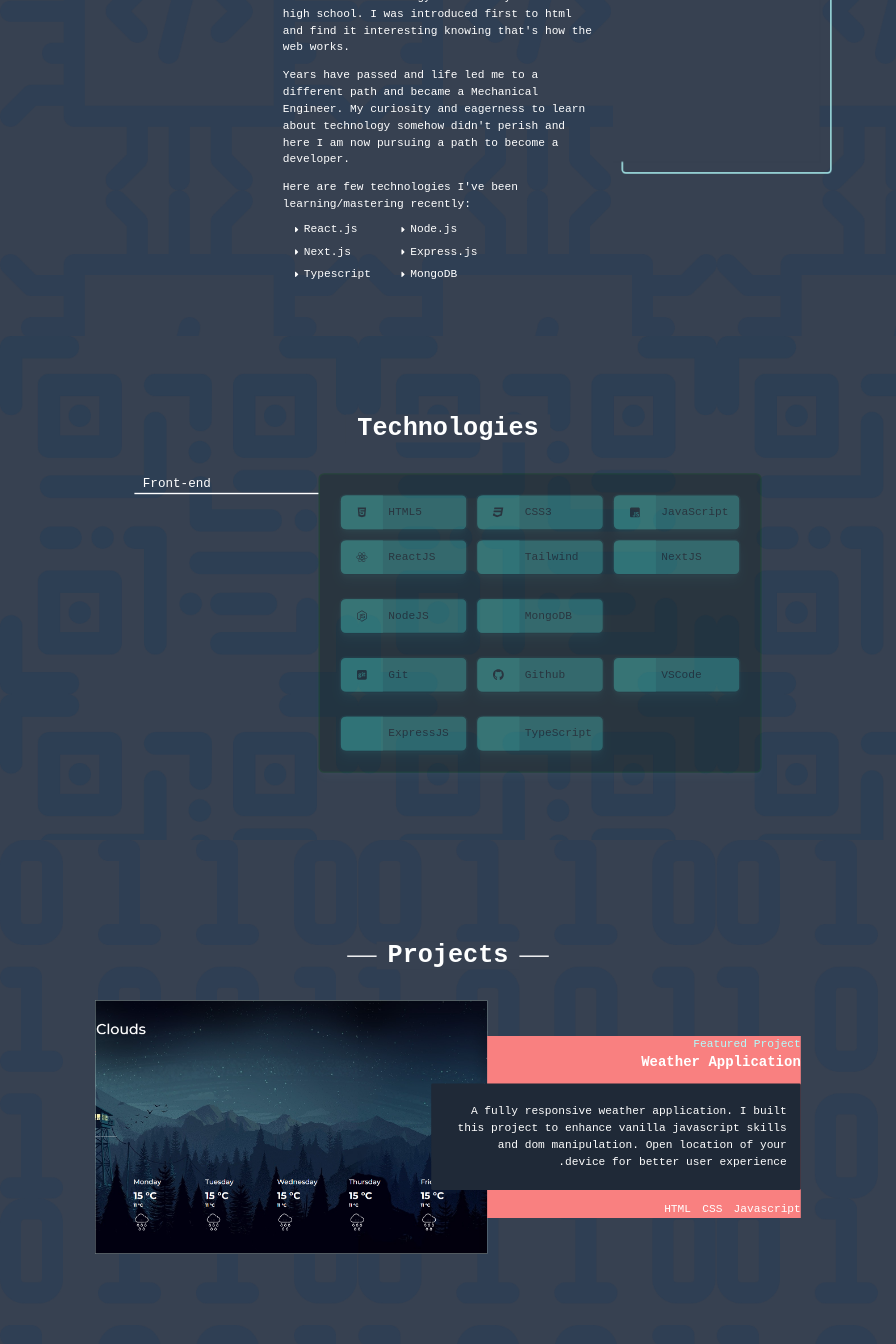
Repository: riandev25/nextjs-portfolio
Page: /
An editor plug-in stored every save of this project. The page is shown before and after the next save, followed by the edit.
The browser window is 1280 px wide. The pictures show the part of the page from y = 960 to 2880 px (the page is 2880 px tall), at 70% of full size.
Backgrounds fixed to the window are drawn as part of the page. The project was rebuilt for these pictures with package versions that can differ from the ones it lists, and the page was loaded fresh each time. The framework's server and built-in components were replaced by stand-ins that run in the browser. Also part of the build but not shown: next.config.js, components/Home/Keyboard/index.module.css, components/Home/Keyboard/index.jsx.

Above is the page before, as saved 2022-11-13 10:01:29.

After the next save:
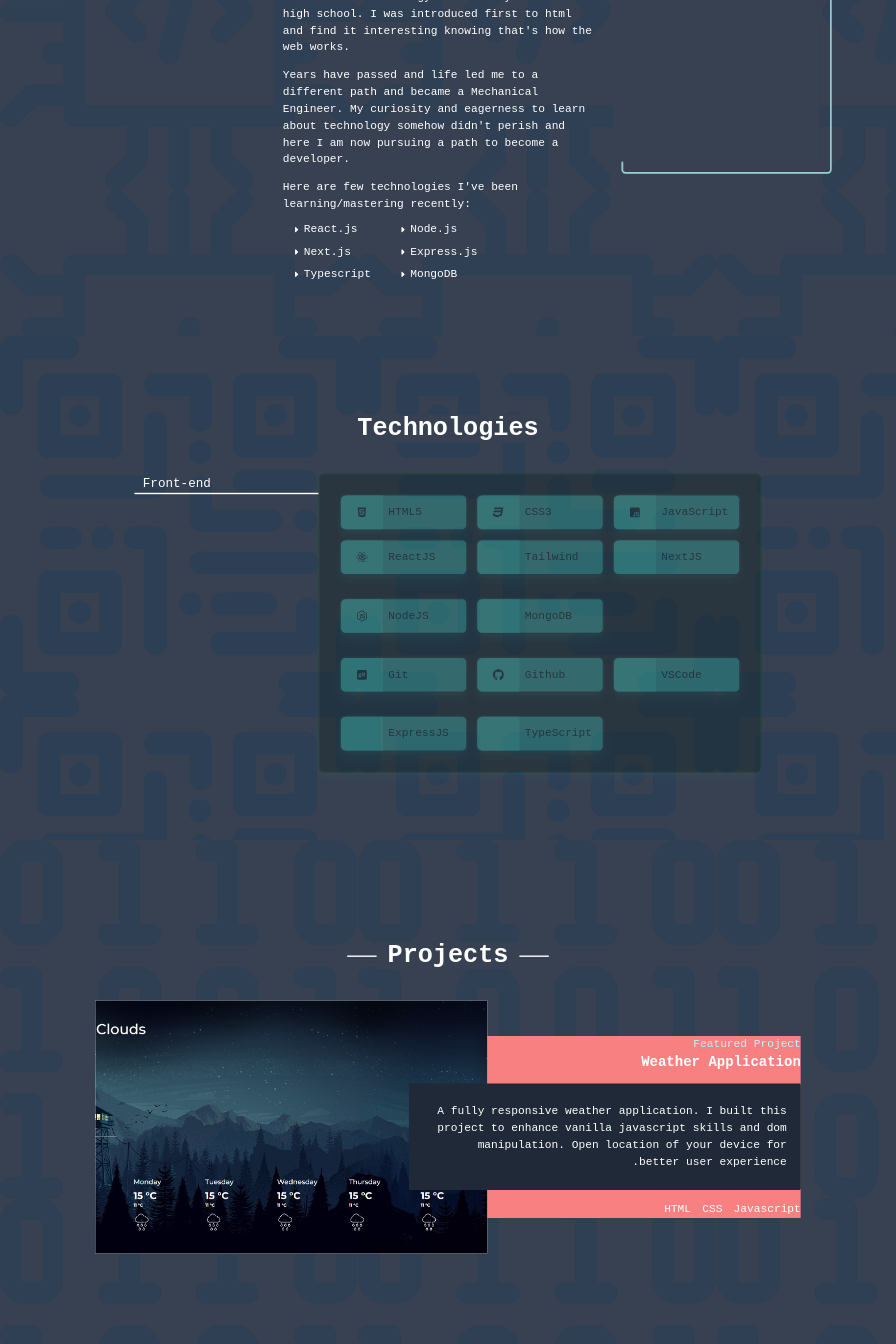
Saved 84 s later.
--- a/components/Projects/index.jsx
+++ b/components/Projects/index.jsx
@@ -44,7 +44,7 @@
               Weather Application
             </h1>
           </div>
-          <div className='w-[33rem] bg-gray-800 p-7 pl-9 pr-5 rounded-sm'>
+          <div className='w-[33rem] bg-gray-800 p-7 pl-9 pr-5 rounded-sm lg:w-[35rem]'>
             <p className='text-right'>
               A fully responsive weather application. I built this project to
               enhance vanilla javascript skills and dom manipulation. Open

After the save that followed:
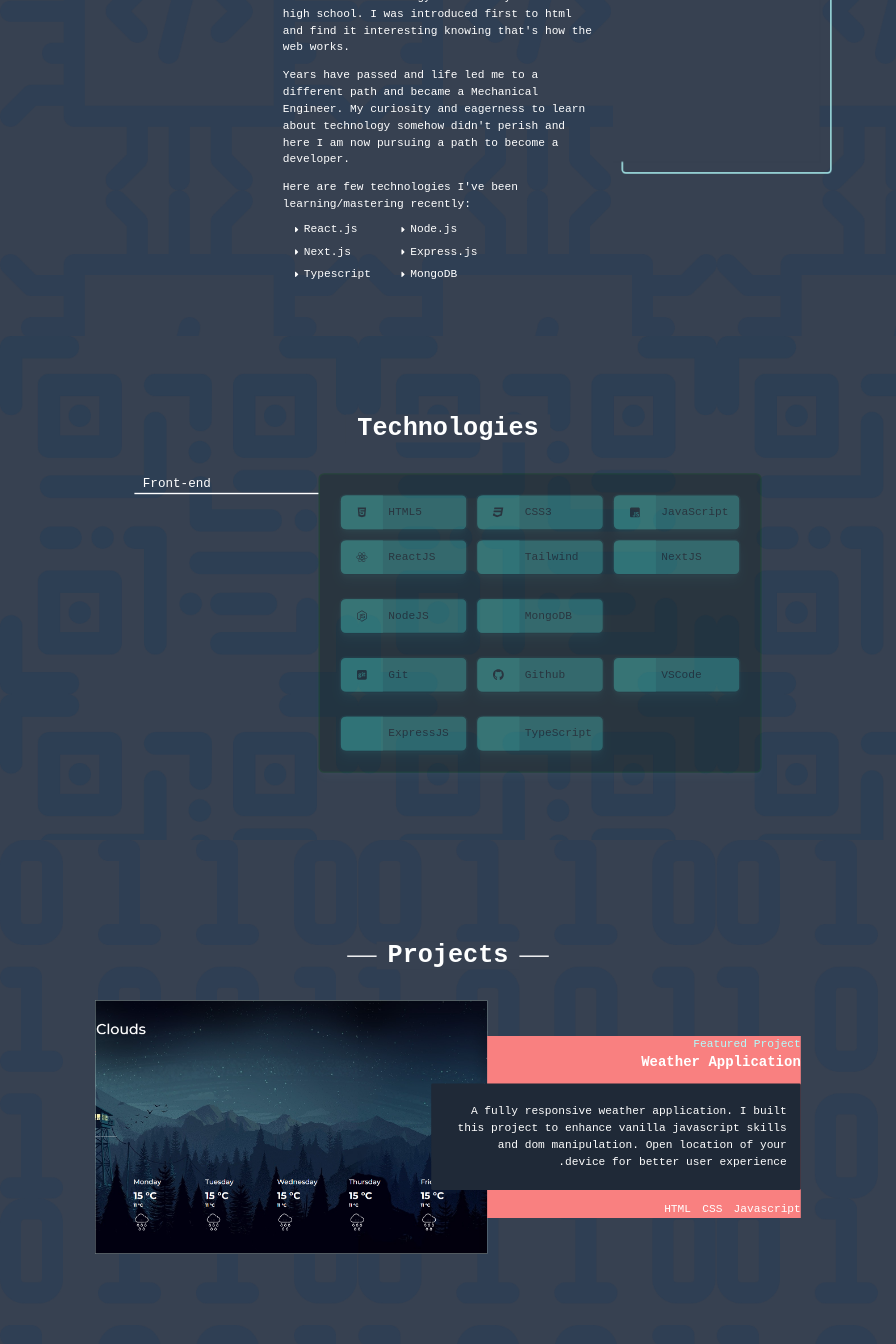
Saved 16 s later.
--- a/components/Projects/index.jsx
+++ b/components/Projects/index.jsx
@@ -44,7 +44,7 @@
               Weather Application
             </h1>
           </div>
-          <div className='w-[33rem] bg-gray-800 p-7 pl-9 pr-5 rounded-sm lg:w-[35rem]'>
+          <div className='w-[36rem] bg-gray-800 p-7 pl-9 pr-5 rounded-sm lg:w-[33rem]'>
             <p className='text-right'>
               A fully responsive weather application. I built this project to
               enhance vanilla javascript skills and dom manipulation. Open
